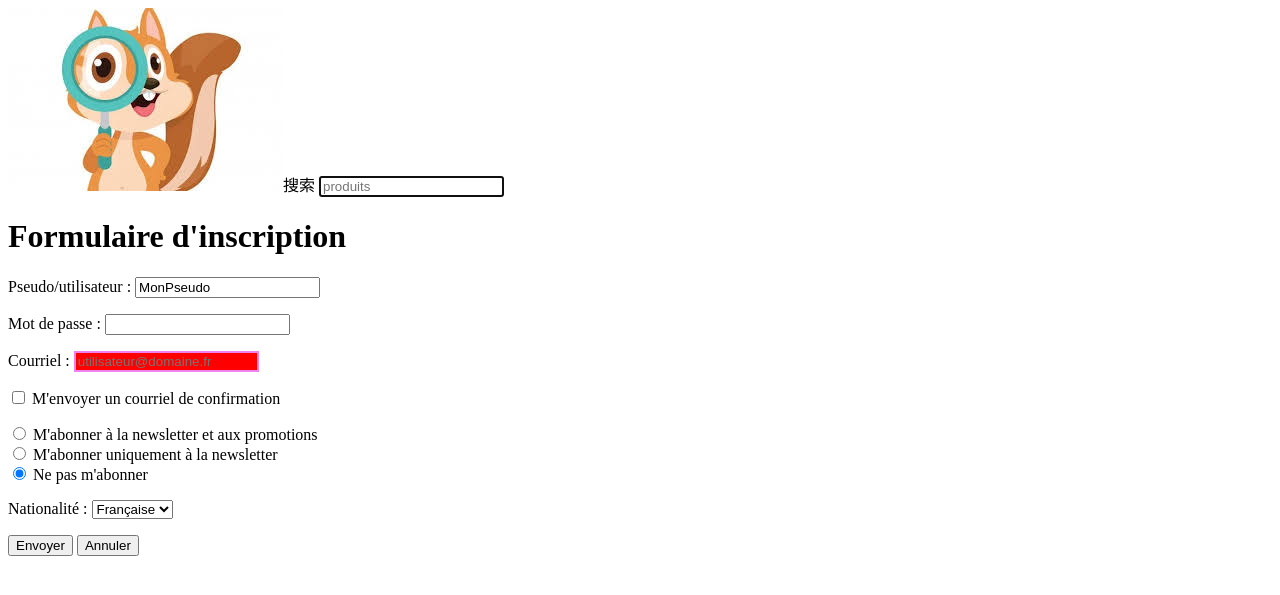
Repository: clairedupuich/excercice
Page: javaScript/Gestion les formulaires /formulaires.html
An editor plug-in stored every save of this project. The page is shown before and after the next save, followed by the edit.
The browser window is 1280 px wide. The pictures show the whole page.

Above is the page before, as saved 2020-10-14 22:48:51.

### javaScript/Gestion les formulaires /formulaires.html
<!doctype html>
<html>

<head>
    <meta charset="utf-8">
    <title>Manipulation des formulaires</title>
    <link rel="stylesheet" href="formulaires.css">
</head>

<body>
    <!--允许客户注册的表格-->
    <form>
        <label for="ps"><span><img src="téléchargement.jpeg"></span>搜索</label>  <input type="search" id= "ps" placeholder="produits" name="搜索"/>
        <h1>Formulaire d'inscription</h1>
        <p>
            <label for="pseudo">Pseudo/utilisateur</label> :
            <input type="text" id="pseudo" name="pseudo" required>
            <span id="aidePseudo"></span>
        </p>
        <p>
            <label for="mdp">Mot de passe</label> :
            <input type="password" name="mdp" id="mdp" required>
            <span id="aideMdp"></span>
        </p>
        <p>
            <label for="courriel">Courriel</label> :
            <input type="email" name="courriel" id="courriel" required placeholder="utilisateur@domaine.fr">
            <span id="aideCourriel"></span>
        </p>
        <p>
            <input type="checkbox" name="confirmation" id="confirmation"><!--checkbox复选框 confirmation确认-->
            <label for="confirmation">M'envoyer un courriel de confirmation</label>
        </p>
        <p>
            <input type="radio" name="abonnement" id="abonewspromo" value="abonewspromo">
            <label for="abonewspromo">M'abonner à la newsletter et aux promotions</label>
            <br>
            <input type="radio" name="abonnement" id="abonews" value="abonews订新闻">
            <label for="abonews">M'abonner uniquement à la newsletter</label>
            <br>
            <input type="radio" name="abonnement" id="aborien" value="aborien不订" checked>
            <label for="aborien">Ne pas m'abonner</label>
            <br>
        </p>
        <p>
            <label for="nationalite">Nationalité :</label>
            <select name="nationalite" id="nationalite">
                <option value="FR" selected>Française</option>
                <option value="中国">Chinoise</option>
                <option value="SUI">Suisse</option>
                <option value="XX">Autre</option>
            </select>
        </p>

        <input type="submit" value="Envoyer">
        <input type="reset" value="Annuler">
    </form>

    <script type="text/javascript" src="formulaires.js"></script>
</body>

</html>
<!--
<input type="number" />
number
text
password
email
url
tel
checkbox复选框 勾选此项或不勾选此项
radio 从依次列出的项目中勾选一项，默认只能选其中一项不能多选。
submit
reset 重启 这里为取消
以上都是input的type=""类型
checked 已检查 一般要放在Annuler按钮的input中，提示。。。。。。。。。。。。。
select 选择 有下拉框时代替input，与label组队，它不是自动结尾的，为<select> </select>，里面包含若干<option>。
option 选项 select里的选项，一般要设置其value值。
selected 已选 放在option里，表示此项被默认选中。
email类型input里的placeholder是。。。您可以使用来指示该字段的内容 placeholder  。访客在字段中单击后，该指示将消失。

input里的name是为PHP文件准备的，这将使您（例如在PHP中）识别信息的来源
要将标签链label接到该字段input或 select 或textarea ，您必须为其赋予一个属性for  ，该属性应 具有与该id  字段相同的值

一些其他属性
您可以向标记添加许多其他属性 <input />  以自定义其操作：
您可以用 size  ;
您可以限制可以输入的字符数 maxlength  ；
您可以使用value  ；使用默认值预填充字段 ，访客不删除不会自动消失；
您可以使用来指示该字段的内容 placeholder  。访客在字段中单击后，该指示将消失。
您可以<textarea>  使用默认值对其进行预填充 。在这种情况下，我们不使用属性 value  ：我们只是在开始标记和结束标记之间编写默认文本！
-->

### javaScript/Gestion les formulaires /formulaires.css
#mdp:focus {
    background-color: rgb(184, 253, 186);
    border: 2px solid rgb(228, 22, 228);
}




#courriel:invalid {
    background: red;
    border: 2px solid violet;
    color: blue;
}

### javaScript/Gestion les formulaires /formulaires.js
/* 您可能已经注意到，标记<form> 不包含通常的action和属性method。这些属性用于定义从服务器请求
的资源以及用于此请求的请求类型。由于我们的表单将仅使用JavaScript在客户端进行管理，因此此处多余。 */


/* 可以使用属性访问文本框的值valueDOM元素匹配项。通过为该属性赋予新值，我们修改了显示在文本区域中的值。
value和 placeholder一起使用时，前者一般会覆盖后者，等value的值被用户在页面上删除后，placeholder的
值会紧跟着显示出来。
 */
let pseudoElt = document.getElementById("pseudo");
pseudoElt.value = "MonPseudo";
pseudoElt.placeholder = "dit bojour à claire";
//聚焦和失焦的管理
// Affichage d'un message contextuel pour la saisie du pseudo聚焦
 pseudoElt.addEventListener("focus", function () {
    document.getElementById("aidePseudo").innerHTML = "Entrez votre pseudo";
});

// Suppression du message contextuel pour la saisie du pseudo失焦
 pseudoElt.addEventListener("blur", function (e) {
    document.getElementById("aidePseudo").textContent = "";
});

// Focus sur la zone de saisie du pseudo在JavaScript代码中，
//您可以通过在DOM元素上调用方法focus（以获取焦点）和blur（除去焦点）来修改输入目标。
pseudoElt.focus();
pseudoElt.blur();
//上述代码通常不起作用，最后在网上找到了一个方法，用延时可以解决这个问题，代码如下：
//自动获取帐号的焦点
setTimeout("document.getElementById('ps').focus()",20);
/* 复选框
当框更改值时，Event与事件关联的对象具有布尔属性checked，该属性指示框的新状态（选中/未选中）。
下面的代码示例处理change复选框上的事件，以在控制台中显示用户单击复选框或关联标签时所做的选择。 */
// Affichage de la demande de confirmation d'inscription
//e.target.checked返回复选框是否已经检查的布尔值
document.getElementById("confirmation").addEventListener("change", function (e) {
    console.log("Demande de confirmation : " + e.target.checked);
});

/* 单选按钮radio
一组单选按钮允许用户在几种可能性中进行单个选择。我们使用<input type="radio"> 具有相同name和不同value。
以下代码示例change在每个单选按钮上为类型事件添加了相同的处理程序，以便在控制台中显示所选的事件类型。 */
// Affichage du type d'abonnement choisi
//e.target.value显示事件目标的value值
var aboElts = document.getElementsByName("abonnement");
for (var i = 0; i < aboElts.length; i++) {
    aboElts[i].addEventListener("change", function (e) {
        console.log("Formule d'abonnement choisie : " + e.target.value);
    });
}

/* 下拉式清单
以下代码示例使用change在下拉列表上触发的类型事件来显示新选择（与选择关联value的标记的属性<option>）。 */
// Affichage du code de nationalité choisi
document.getElementById("nationalite").addEventListener("change", function (e) {
    console.log("Code de nationalité : " + e.target.value);
});

/*
访问表单字段
<form> 定义形式的标签对应于DOM的元素。此元素具有elements对表单的输入字段进行分组的属性。
您可以使用它从名称（属性name）或从其索引（以表单的出现顺序）访问字段。
下面的示例显示有关初始表单输入字段的一些信息。 */
var form = document.querySelector("form");//定位到表格
console.log("Nombre de champs de saisie : " + form.elements.length); //这里指表格里input,select,textetra类的个数
console.log(form.elements[0].name);//第一个表格元素的名字
console.log(form.elements.mdp.type); //这里的mdp应该是form中某个input的名字，用来查询它的类型

/* 提交表格
提交表单会导致将其数据发送到action属性标识的资源地址
下面的示例代码在控制台中显示用户输入或选择的所有信息，然后
使用该方法 preventDefault取消发送表单数据。 */
// Affiche de toutes les données saisies ou choisies
form.addEventListener("submit", function (e) {
    var pseudo = form.elements.pseudo.value;
    var mdp = form.elements.mdp.value;
    var courriel = form.elements.courriel.value;
    console.log("Vous avez choisi le pseudo " + pseudo + ", le mot de passe " +
        mdp + " et le courriel " + courriel);
    if (form.elements.confirmation.checked) {
        console.log("Vous avez demandé une confirmation d'inscription par courriel");
    } else {
        console.log("Vous n'avez pas demandé de confirmation d'inscription par courriel");
    }
    switch (form.elements.abonnement.value) {
    case "abonewspromo":
        console.log("Vous êtes abonné(e) à la newsletter et aux promotions");
        break;
    case "abonews":
        console.log("Vous êtes abonné(e) à la newsletter");
        break;
    case "aborien":
        console.log("Vous n'êtes abonné(e) à rien");
        break;
    default:
        console.log("Erreur : code d'abonnement non reconnu");
    }
    switch (form.elements.nationalite.value) {
    case "FR":
        console.log("Vous êtes français(e)");
        break;
    case "BE":
        console.log("Vous êtes belge");
        break;
    case "SUI":
        console.log("Vous êtes suisse");
        break;
    default:
        console.log("Erreur : code de nationalité non reconnu");
    }
    e.preventDefault(); // Annulation de l'envoi des données取消发送以上所有数据。
});

/* 验证输入数据
有效性检查可以通过几种方式完成，可以结合使用：

1 输入数据时；
2 在数据输入结束时；
3 用户提交表单时。
最后一种技术只是submit在表单的事件处理程序中添加检查。我们将仔细研究其他两个。
输入时验证
输入期间的验证基于事件的使用，input每次修改其值时都会在输入区域上触发事件。
以下代码示例input在密码输入框上添加了事件处理程序。该管理员检查输入密码的长度（字符数），并以适当的内容和颜色向用户显示一条消息。
 */
// Vérification de la longueur du mot de passe saisi
document.getElementById("mdp").addEventListener("input", function (e) {
    var mdp = e.target.value; // Valeur saisie dans le champ mdp
    var longueurMdp = "faible";
    var couleurMsg = "red"; // Longueur faible => couleur rouge
    if (mdp.length >= 8) {
        longueurMdp = "suffisante";
        couleurMsg = "green"; // Longueur suffisante => couleur verte
    } else if (mdp.length >= 4) {
        longueurMdp = "moyenne";
        couleurMsg = "orange"; // Longueur moyenne => couleur orange
    }
    var aideMdpElt = document.getElementById("aideMdp");
    aideMdpElt.textContent = "Longueur : " + longueurMdp; // Texte de l'aide
    aideMdpElt.style.color = couleurMsg; // Couleur du texte de l'aide
});

/* 条目末尾的验证
文本区域中条目的结尾对应于此区域失去焦点，这会触发blur可用于检查输入数据的类型的事件的出现。
例如，假设我们要控制表单用户输入的电子邮件。首先，我们只想检查@输入电子邮件中字符的存在。为此，
我们可以使用JavaScript indexOf方法，该方法 允许您在字符串中搜索值，如果找不到该值，则返回值-1。
这是与此验证关联的JavaScript代码。 */
// Contrôle du courriel en fin de saisie
document.getElementById("courriel").addEventListener("blur", function (e) {
    var validiteCourriel = "";
    if (e.target.value.indexOf("@") === -1) {
        // Le courriel saisi ne contient pas le caractère @
        validiteCourriel = "Adresse invalide";
    }
    document.getElementById("aideCourriel").textContent = validiteCourriel;
});

/* 使用正则表达式
我们先前的检查至少可以说是原始的：字符串至少包含一次字符@以使其成为有效的电子邮件地址是不够的。可以使用正则表达式定义更严格的检查条件。
一个正则表达式，也被称为常规表达式，定义了一个模式，我们将比较字符串找到（或没有）的比赛。大多数编程语言都允许您使用正则表达式。
首先，让我们尝试使用正则表达式来表达我们上面用方法编写的相同内容indexOf：@字符串中字符的存在。这是相关的JavaScript代码。*/
var regex = /@/; // La chaîne doit contenir le caractère @
console.log(regex.test("")); // Affiche false
console.log(regex.test("@")); // Affiche true
console.log(regex.test("sophie&mail.fr")); // Affiche false
console.log(regex.test("sophie@mail.fr")); // Affiche true
/* 观察此表，我们可以得出以下推论：
方括号[] 定义了一系列字符。在此范围内包含至少一个字符的任何字符串都将匹配该模式。
这些模式[a-z] 和[A-Z] 允许你分别搜索字母表中的任何字母，在大写或小写。
等价的模式[0-9] 并\d 允许您搜索数字。
句点字符.用于替换任何字符。
字符\（“反斜杠”或“反斜杠”）表示应照此查找后面的字符。例如，\. 允许您查找字符.。
该字符+允许您查找在它之前的一个或多个表达式。
该字符*用于查找零个或多个出现在其前面的表达式。 */
//在我们的示例中，这是如何实现此技术的方法。修改blur电子邮件输入区域上的事件处理程序，如下所示。
// Contrôle du courriel en fin de saisie
document.getElementById("courriel").addEventListener("blur", function (e) {
    // Correspond à une chaîne de la forme xxx@yyy.zzz
    var regexCourriel = /.+@.+\..+/;
    var validiteCourriel = "";
    if (!regexCourriel.test(e.target.value)) {
        validiteCourriel = "Adresse invalide";
    }
    document.getElementById("aideCourriel").textContent = validiteCourriel;
});

After the next save:
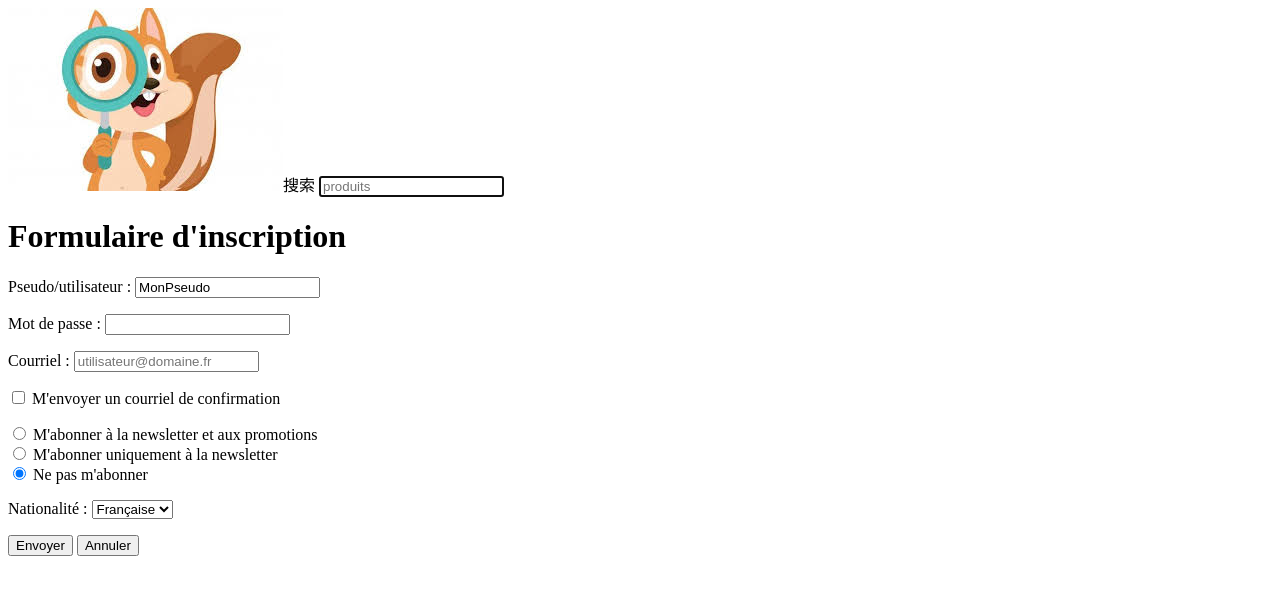
Saved 9 s later.
--- a/javaScript/Gestion les formulaires /formulaires.css
+++ b/javaScript/Gestion les formulaires /formulaires.css
@@ -3,7 +3,7 @@
     border: 2px solid rgb(228, 22, 228);
 }
 
-
+#courriel:
 
 
 #courriel:invalid {

After the 5 saves that followed:
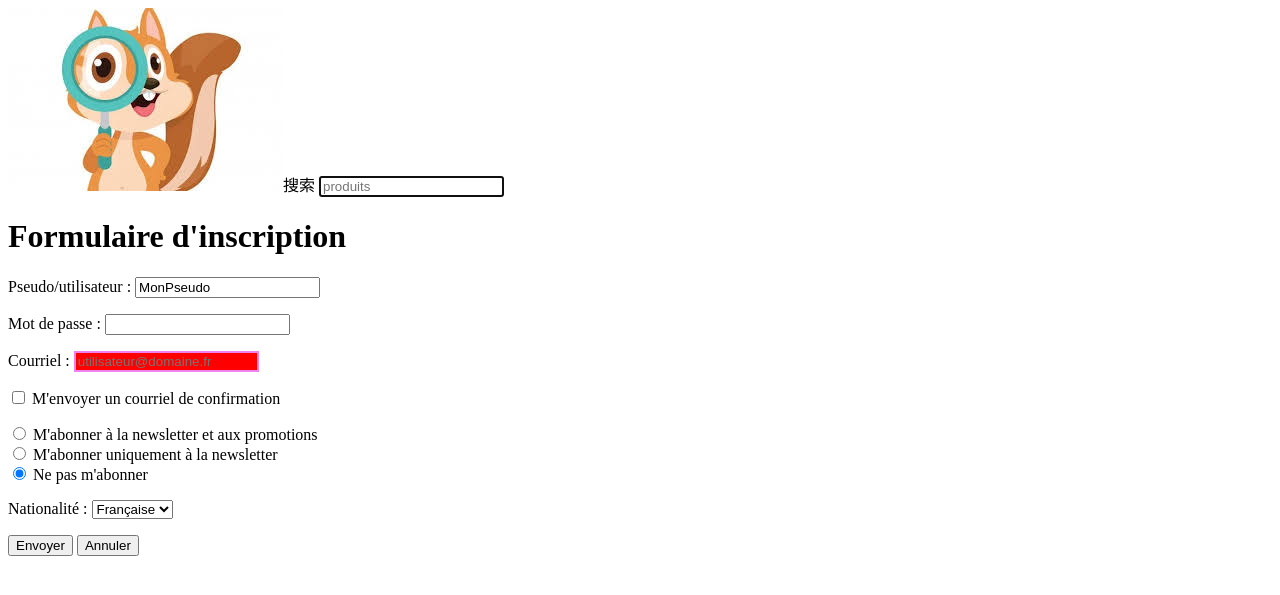
The 5 saves are shown as one change because they came seconds apart.
The last was saved 14 s later.
--- a/javaScript/Gestion les formulaires /formulaires.css
+++ b/javaScript/Gestion les formulaires /formulaires.css
@@ -3,7 +3,9 @@
     border: 2px solid rgb(228, 22, 228);
 }
 
-#courriel:
+#courriel:focus {
+
+}
 
 
 #courriel:invalid {
